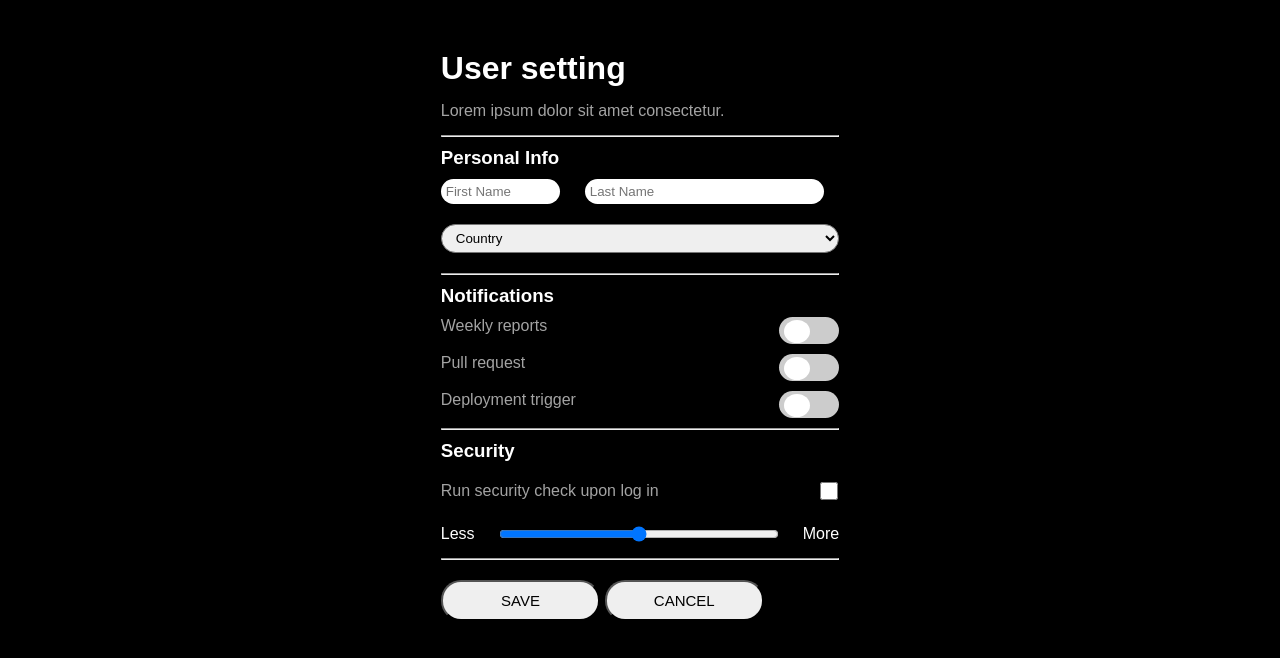
Repository: imokha01/DOM
Page: index.html
These files come from the project's save history. The page is drawn as it stood at one moment and after a run of saves; the edit follows.
The browser window is 1280 px wide. The pictures show the whole page.

Above is the page before, as saved 2023-12-21 09:59:31.

### index.html
<!DOCTYPE html>
<html lang="en">
  <head>
    <meta charset="UTF-8" />
    <meta name="viewport" content="width=device-width, initial-scale=1.0" />
    <title>Document</title>
    <link rel="stylesheet" href="./index.css" />
  </head>
<body>
  <div class="form_container">
    <form action="#">
      <div>
          <h1>User setting</h1>
          <p id="userPara">Lorem ipsum dolor sit amet consectetur.</p>
      </div>
      <hr>
      <div>
        <h3>Personal Info</h3>
        <input type="text" class="firstName" placeholder="First Name">
        <input type="text" class="lastName" placeholder="Last Name"> <br>
        <select>
            <option value="country" disabled hidden selected>Country</option>
            <option value="Nigeria">Nigeria</option>
            <option value="ghana">Ghana</option>
            <option value="algeria">Algeria</option>
        </select>
        <hr>
        <div>
          <h3>Notifications</h3>
          <div class="weeklyReport">
            <p class="week-para">Weekly reports</p>
            <!-- Rounded switch -->
            <div>
              <label class="switch">
                <input type="checkbox">
               <span class="slider round"></span>
              </label>
            </div>
          </div>
          <div class="pullRequest">
            <p class="pull-para">Pull request</p>
            <!-- Rounded switch -->
            <div>
              <label class="switch">
                <input type="checkbox">
               <span class="slider round"></span>
              </label>
            </div>
          </div>
          <div class="deployment">
            <p class="depoly-para">Deployment trigger</p>
            <!-- Rounded switch -->
            <div>
              <label class="switch">
                <input type="checkbox">
               <span class="slider round"></span>
              </label>
            </div>
          </div>
          <hr>
          <div class="security">
            <h3> Security</h3>
            <div>
              <p id="secu-para">Run security check upon log in</p>
              <input type="checkbox" id="check">
            </div>
            <div>
              <span>Less</span>
              <input type="range" id="range">
              <span> More </span>
            </div>
           <hr>
           <button type="save">SAVE</button>
           <button type="cancel">CANCEL</button
        </div>
        </div>
      </div>
    </form>
  </div>
    <script src="./index.js"></script>
  </body>
</html>

### index.css
* {
    margin: 0;
    padding: 0;
    box-sizing: border-box;
}

body{
    font-family: Arial, Helvetica, sans-serif;
    background-color: black;
}

.form_container {
    display: flex;
    justify-content: center;
    align-items: center;
    margin-top: 50px;
    gap: 2px;
    background-color: black;
    color: while;
}

form {
    color: white;
}

form p {
    color: #a3a3a3
}

#userPara {
    padding: 15px 0;
}

h3 {
    margin: 10px 0;
}

.firstName{
    width: 30%;
    padding: 5px;
    border-radius: 20px;
    margin-right: 20px;
    border: none;
  }

  .lastName {
    width: 60%;
    padding: 5px;
    border-radius: 20px;
    border: none;

}

select {
    width: 100%;
    padding: 5px 10px;
    border-radius: 20px;
    margin: 20px 0;
  }

  option {
    padding: 20px 0;

  }
  .weeklyReport,
  .deployment,
  .pullRequest {
    display: flex;
    justify-content: space-between;
    margin-bottom: 10px;
  }

  .security h3 + div {
    display: flex;
    justify-content: space-between;
    padding: 10px 0;
  }

#check {
  width: 20px;
}

.security div:last-of-type{
    width: 100%;
    display: flex;
    justify-content: space-between;
    padding: 15px 0;
  }

  #range {
    width: 280px;
    background-color: green;

  }

  button {
    padding: 10px;
    border-radius: 20px;
    margin: 20px 0;
    font-size: 15px;
    width: 40%;
    mari

}







/* The switch - the box around the slider */
.switch {
    position: relative;
    display: inline-block;
    width: 60px;
    height: 27px;
  }

  /* Hide default HTML checkbox */
  .switch input {
    opacity: 0;
    width: 0;
    height: 0;
  }

  /* The slider */
  .slider {
    position: absolute;
    cursor: pointer;
    top: 0;
    left: 0;
    right: 0;
    bottom: 0;
    background-color: #ccc;
    -webkit-transition: .4s;
    transition: .4s;
  }

  .slider:before {
    position: absolute;
    content: "";
    height: 23px;
    width: 26px;
    left: 5px;
    bottom: 1px;
    background-color: white;
    -webkit-transition: .4s;
    transition: .4s;
  }

  input:checked + .slider {
    background-color: #2196F3;
  }

  input:focus + .slider {
    box-shadow: 0 0 1px #2196F3;
  }

  input:checked + .slider:before {
    -webkit-transform: translateX(26px);
    -ms-transform: translateX(26px);
    transform: translateX(26px);
  }

  /* Rounded sliders */
  .slider.round {
    border-radius: 34px;
  }

  .slider.round:before {
    border-radius: 50%;
  }

### index.js
// const button = document.getElementsByTagName("button")[0]
// console.log(button)

// button.style.backgroundColor = "skyblue"
// button.style.padding = "20px";
// button.style.border = "none";
// button.style.borderRadius = "10px";
// button.style.fontSize  = "1.5em";
// button.style.color = "red";

// const body = document.querySelector("body")
// body.style.backgroundColor = "lightgreen";

const newDiv = document.createElement("div");
const newContent = document.createTextNode("hey, What is up");
newDiv.appendChild(newContent);
console.log(newDiv)

const button = document.createElement("button")

After the next 2 saves:
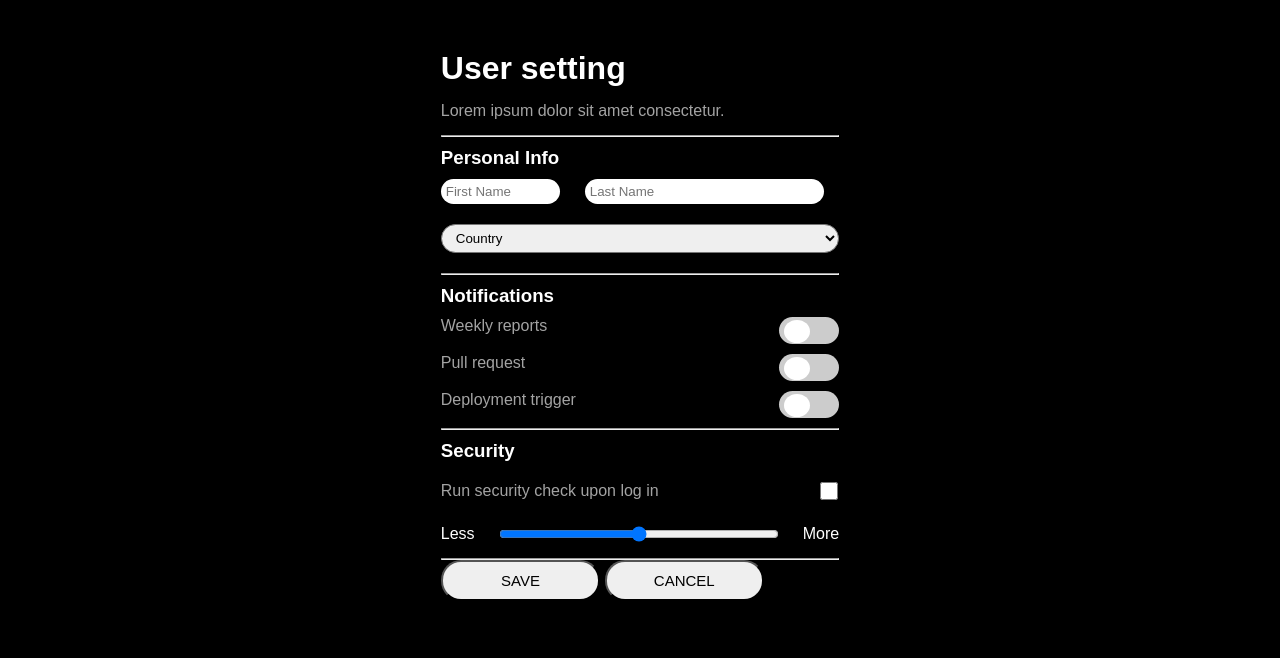
The 2 saves are shown as one change because they came seconds apart.
The last was saved 11 s later.
--- a/index.css
+++ b/index.css
@@ -99,7 +99,7 @@
     margin: 20px 0;
     font-size: 15px;
     width: 40%;
-    mari
+    margin: auto;
 
 }
 

After the save that followed:
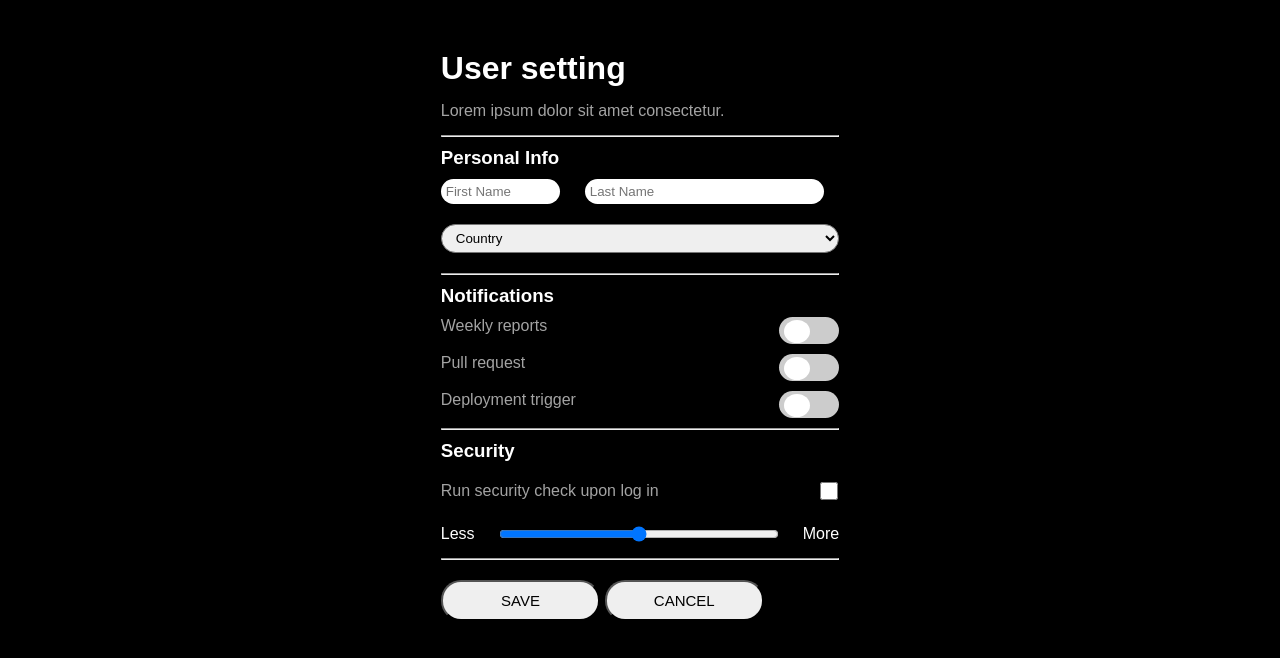
Saved 11 s later.
--- a/index.css
+++ b/index.css
@@ -99,7 +99,7 @@
     margin: 20px 0;
     font-size: 15px;
     width: 40%;
-    margin: auto;
+    margin: ;
 
 }
 
